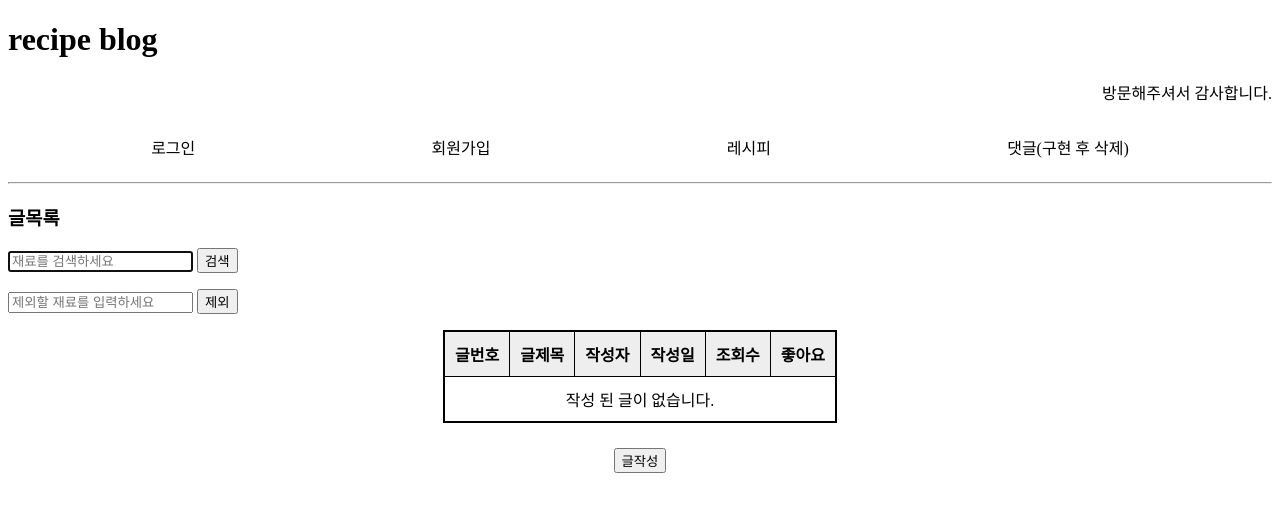
Repository: jeong-hyeran/recipe
Page: http://localhost/recipe/WEB-INF/views/board/list.jsp
An editor plug-in stored every save of this project. The page is shown before and after the next save, followed by the edit.
The browser window is 1280 px wide. The pictures show the whole page.
The page is served by Tomcat 9. Nobody is signed in. The template is opened directly, without the code that normally fills it, so the values that code supplies are empty.

Above is the page before, as saved 2023-09-27 08:08:01.

After the next save:
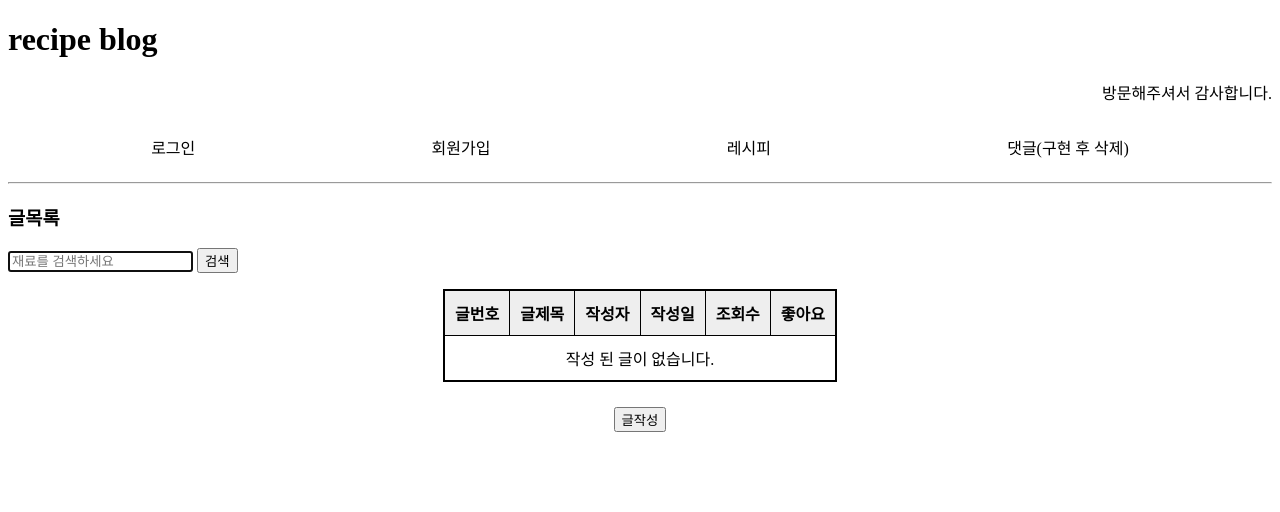
Saved 5 min 35 s later.
--- a/recipe_project/recipe/src/main/webapp/WEB-INF/views/board/list.jsp
+++ b/recipe_project/recipe/src/main/webapp/WEB-INF/views/board/list.jsp
@@ -9,10 +9,6 @@
 		<p>
 			<input type="search" name="keyword" placeholder="재료를 검색하세요" autofocus>
 			<input type="submit" value="검색">
-		</p>
-		 <p>
-			<input type="search" name="excludeKeyword" placeholder="제외할 재료를 입력하세요">
-			<input type="submit" value="제외">
 		</p>
 	</form>
 </div>
